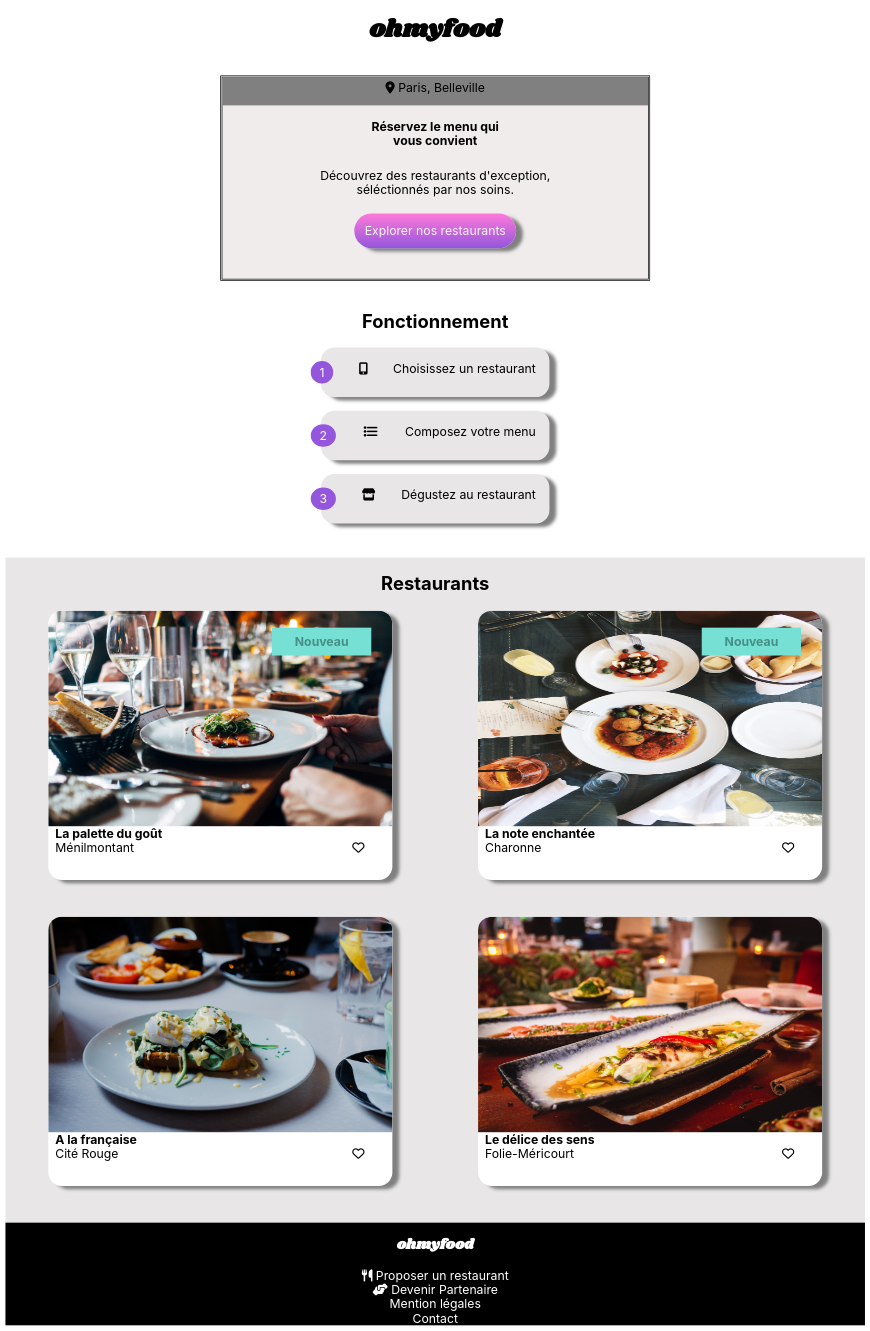
Repository: yacinebouk/ohmyfood
Page: index.html
The author's editor kept a copy of each file at every save. The page is drawn from the files as they stood at one save, then again after the next save.
The browser window is 1280 px wide. The pictures show the whole page, at 68% of full size.
Some web libraries are served in a nearby version. The style sheet was rebuilt from its Sass, Less or Tailwind sources for each picture, by a compiler version that may differ from the author's.

Above is the page before, as saved 2022-07-07 16:53:06.

### index.html
<!DOCTYPE html>
<html lang="fr">

<head>
    <script src="https://kit.fontawesome.com/225bbe1e2d.js" crossorigin="anonymous"></script>
    <meta charset="utf-8" />
    <title>ohmyfood</title>
    <link rel="stylesheet" href="css/styles.css" />
    <meta name="viewport" content="width=device-width, initial-scale=1">

</head>

<body>
    <div class="hide">
        <div class="loader"></div>
    </div>
    <main>
        <header>
            <h1 class="Tittle">ohmyfood</h1>
            <div class="search">
                <div class="town"> <span><i class="fa-solid fa-location-dot"></i></span> Paris, Belleville</div>
                <div class="reservation"> <b> Réservez le menu qui <br> vous convient</b> </div>
                <div class="discover">Découvrez des restaurants d'exception, <br> séléctionnés par nos soins.</div>
                <div class="explore">
                    <span class="explore-text">Explorer nos restaurants</span>
                </div>
            </div>
        </header>
        <section class="section-working">
            <div class="working">
                <h2>Fonctionnement</h2>
                <div class="choose">
                    <div class="number">1</div>
                    <div class="logo-work"> <i class="fa-solid fa-mobile-screen-button"></i></div>
                    <div class="text-work"> Choisissez un restaurant</div>
                </div>
                <div class="compose">
                    <div class="number">2</div>
                    <div class="logo-work"><i class="fa-solid fa-ellipsis-vertical"><i class="fa-solid fa-bars"></i></i>
                    </div>
                    <div class="text-work"> Composez votre menu</div>
                </div>
                <div class="taste">
                    <div class="number">3</div>
                    <div class="logo-work"><i class="fa-solid fa-store"></i>
                    </div>
                    <div class="text-work"> Dégustez au restaurant</div>
                </div>
            </div>
        </section>
        <section class="section-restaurant">
            <div class="restaurant">
                <h2>Restaurants</h2>
                <div class="block-restaurant">
                    <div class="border-restaurant">
                        <div class="block-picture">
                            <div class="new"><b>Nouveau</b></div>
                            <div class="picture-restaurant"> <img src="./images/restaurants/jay-wennington-N_Y88TWmGwA-unsplash.jpg" style="height:100%;width: 100%" alt="Ohmyfood"></div>
                        </div>
                        <div class="block-text">
                            <div class="text">
                                <a href="./palette.html">
                                    <div class="title-restaurant"><b> La palette du goût</b>
                                    </div>
                                    <div class="place-restaurant"> Ménilmontant</div>
                                </a>
                            </div>
                            <div class="heart">
                                <span class="heart-regular"><i class="fa-regular fa-heart"></i></span>
                                <span class="heart-solid"><i class="fa-solid fa-heart"></i></span>
                            </div>
                        </div>
                    </div>
                    <div class="border-restaurant">
                        <div class="block-picture">
                            <div class="new"><b>Nouveau</b></div>
                            <div class="picture-restaurant"> <img src="./images/restaurants/stil-u2Lp8tXIcjw-unsplash.jpg" style="height:100%;width: 100%" alt="Ohmyfood"></div>
                        </div>
                        <div class="block-text">
                            <div class="text">
                                <a href="./noteenchanté.html">
                                    <div class="title-restaurant"><b> La note enchantée</b>
                                    </div>
                                    <div class="place-restaurant"> Charonne</div>
                                </a>
                            </div>
                            <div class="heart">
                                <span class="heart-regular"><i class="fa-regular fa-heart"></i></span>
                                <span class="heart-solid"><i class="fa-solid fa-heart"></i></span>
                            </div>
                        </div>
                    </div>
                    <div class="border-restaurant">
                        <div class="block-picture">
                            <div class="picture-restaurant"> <img src="./images/restaurants/toa-heftiba-DQKerTsQwi0-unsplash.jpg" style="height:100%;width: 100%" alt="Ohmyfood"></div>
                        </div>
                        <div class="block-text">
                            <div class="text">
                                <a href="./francaise.html">
                                    <div class="title-restaurant"><b>A la française</b>
                                    </div>
                                    <div class="place-restaurant"> Cité Rouge</div>
                                </a>
                            </div>
                            <div class="heart">
                                <span class="heart-regular"><i class="fa-regular fa-heart"></i></span>
                                <span class="heart-solid"><i class="fa-solid fa-heart"></i></span>
                            </div>
                        </div>
                    </div>
                    <div class="border-restaurant">
                        <div class="block-picture">
                            <div class="picture-restaurant"> <img src="./images/restaurants/louis-hansel-shotsoflouis-qNBGVyOCY8Q-unsplash.jpg" style="height:100%;width: 100%" alt="Ohmyfood"></div>
                        </div>
                        <div class="block-text">
                            <div class="text">
                                <a href="./ledélice.html">
                                    <div class="title-restaurant"><b>Le délice des sens</b></div>
                                    <div class="place-restaurant">Folie-Méricourt</div>
                                </a>
                            </div>
                            <div class="heart">
                                <span class="heart-regular"><i class="fa-regular fa-heart"></i></span>
                                <span class="heart-solid"><i class="fa-solid fa-heart"></i></span>
                            </div>
                        </div>
                    </div>
                </div>
            </div>
        </section>
        <footer>
            <div class="frame-end">
                <h3 class="little-tittle">ohmyfood </h3>
                <div class="end">
                    <div class="propose"> <i class="fa-solid fa-utensils"></i> Proposer un restaurant</div>
                    <div class="partner"> <i class="fa-solid fa-handshake-angle"></i> Devenir Partenaire</div>
                    <div class="mention">Mention légales</div>
                    <div class="contact">
                        <a href="mailto:yacineboukhari@hotmail.com">Contact</a></div>
                </div>
            </div>
        </footer>
    </main>
</body>

### style/styles.scss
main {
    font-size: 18px;
    font-family: -apple-system, BlinkMacSystemFont, 'Segoe UI', Roboto, Oxygen, Ubuntu, Cantarell, 'Open Sans', 'Helvetica Neue', sans-serif;
}

@font-face {
    font-family: 'Shrikhand';
    src: url('../language/Shrikhand-Regular.otf');
}

h1 {
    font-family: 'Shrikhand';
}

h3 {
    font-family: 'Shrikhand';
}

h2 {
    text-align: center;
}

header {
    text-align: center;
}

@mixin shadow {
    box-shadow: grey 10px 5px 5px;
}

@mixin block {
    display: flex;
    flex-direction: row;
    justify-content: space-between;
    padding-bottom: 40px;
    @include shadow;
    background-color: rgb(232, 230, 230);
    border-radius: 20px 20px;
    padding: 20px 20px 20px 0px;
    width: 25%;
    margin: auto;
}

.logo-img {
    padding-bottom: 20px;
}

.search {
    border: double;
    margin-left: 25%;
    margin-right: 25%;
    background-color: rgb(240, 236, 236);
    padding-bottom: 20px;
}

.town {
    padding-bottom: 15px;
    border-bottom: lightgray 2px;
    padding-top: 5px;
    background-color: grey;
}

.reservation {
    padding-top: 20px;
    padding-bottom: 30px
}

.discover {
    padding-bottom: 40px;
}

.explore {
    padding-bottom: 40px;
}

.explore span {
    @include shadow;
    background: linear-gradient(#FF79DA, #9356DC);
    border-radius: 50px 50px;
    padding: 15px;
    color: #f6f6f6;
}

.working {
    padding-top: 20px;
    display: flex;
    justify-content: center;
    flex-direction: column;
}

.number {
    border: #9356DC solid;
    border-radius: 50%;
    background-color: #9356DC;
    padding: 3px 10px 3px 10px;
    color: white;
    margin-left: -15px;
}

.choose {
    @include block;
    margin-bottom: 20px;
    &:hover {
        .logo-work {
            color: #9356DC;
        }
        background-color: #d8cee4;
    }
}

.compose {
    @include block;
    margin-bottom: 20px;
    &:hover {
        .logo-work {
            color: #9356DC;
        }
        background-color: #d8cee4;
    }
}

.taste {
    @include block;
    margin-bottom: 50px;
    &:hover {
        .logo-work {
            color: #9356DC;
        }
        background-color: #d8cee4;
    }
}

.section-restaurant {
    display: flex;
    flex-direction: column;
    background-color: rgb(232, 230, 230);
}

h1 {
    text-align: center;
    padding-bottom: 20px;
}

.block-restaurant {
    display: flex;
    flex-wrap: wrap;
    height: 900px;
    width: 100%;
    justify-content: space-around;
}

.border-restaurant {
    width: 40%;
    height: 44%;
    overflow: hidden;
    @include shadow;
    background-color: white;
    border-radius: 20px 20px;
}

.picture-restaurant {
    height: 80%;
}

.text {
    padding-left: 10px;
    display: flex;
    flex-direction: column;
    width: 100%;
}

.text a {
    text-decoration: none black;
    color: black;
}

.block-text {
    display: flex;
    place-items: flex-end;
    justify-content: space-between;
}

//
.heart {
    width: 100px;
    display: flex;
    justify-content: center;
    align-items: center;
    cursor: pointer;
    &:active {
        .heart-solid {
            animation: 3s colorin;
            display: flex;
        }
        .heart-regular {
            display: none;
        }
    }
}

.heart-solid {
    visibility: hidden;
    font-weight: 900;
    background-clip: text;
    -webkit-background-clip: text;
    -moz-background-clip: text;
    background-image: linear-gradient(#9356DC, #FF79DA);
    -webkit-text-fill-color: transparent;
}

@keyframes colorin {
    0% {
        visibility: hidden;
        opacity: 0;
    }
    100% {
        visibility: visible;
        opacity: 1;
    }
}

//
@keyframes fadeIn {
    0% {
        visibility: visible;
        opacity: 1;
    }
    100% {
        visibility: hidden;
        opacity: 0;
    }
}

.loader {
    border: 10px solid #f3f3f3;
    border-top: 10px solid red;
    border-bottom: 10px solid blue;
    border-radius: 50%;
    width: 100px;
    height: 100px;
    margin: auto;
    position: absolute;
    top: 0;
    left: 0;
    right: 0;
    bottom: 0;
    -webkit-animation: spin 1.5s linear infinite;
    -o-animation: spin 1.5s linear infinite;
    animation: spin 1.5s linear infinite;
}

.hide {
    animation: 2s fadeIn;
    animation-fill-mode: forwards;
}

main {
    animation: 2s fadeOut;
}

@keyframes fadeOut {
    0% {
        visibility: hidden;
        opacity: 0;
    }
    100% {
        visibility: visible;
        opacity: 1;
    }
}

@keyframes fadeIn {
    0% {
        visibility: visible;
        opacity: 1;
    }
    100% {
        visibility: hidden;
        opacity: 0;
    }
}

@keyframes spin {
    0% {
        transform: rotate(0deg);
    }
    100% {
        transform: rotate(360deg);
    }
}

.frame-end {
    text-align: center;
    background-color: black;
    color: white;
    display: flex;
    flex-direction: column;
}

.little-picture {
    height: 20px;
}

.contact a {
    text-decoration: none white;
    color: white;
}

.block-picture {
    position: relative;
    height: 80%;
}

.picture-restaurant {
    height: 100%;
}

.new {
    color: rgb(69, 143, 134);
    background-color: rgb(119, 224, 212);
    width: 25%;
    position: absolute;
    text-align: center;
    margin-left: 65%;
    margin-top: 5%;
    padding: 10px;
}

@media screen and (min-width: 320px) and (max-width: 768px) {
    main {
        font-size: 20px;
    }
    body {
        margin: 0;
        width: 100%;
    }
    header {
        width: 100%;
    }
    .logo-img {
        padding-bottom: 10px;
    }
    .search {
        border: none;
        margin: 0;
        width: 100%;
    }
    .town {
        padding-top: 5px;
        background-color: rgb(216, 214, 214);
        border-bottom: none;
        border-top: solid 2px grey;
    }
    .reservation {
        font-size: 24px;
        padding-bottom: 20px;
    }
    h1 {
        text-align: center;
    }
    h2 {
        text-align: initial;
    }
    h3 {
        margin-left: 20px;
    }
    .working {
        margin-left: 20px;
    }
    .choose {
        margin-left: 0;
        width: 90%;
    }
    .compose {
        margin-left: 0;
        width: 90%;
    }
    .taste {
        margin-left: 0;
        width: 90%;
    }
    .restaurant {
        margin-left: 20px;
    }
    .block-restaurant {
        height: auto;
        justify-content: unset;
    }
    .border-restaurant {
        width: 95%;
        height: 40%;
        margin-bottom: 20px;
    }
    .picture-restaurant {
        height: 200px;
        width: 100%;
    }
    .block-text {
        padding: 10px;
    }
    .frame-end {
        text-align: initial;
    }
    .end {
        display: flex;
        justify-content: space-around;
        flex-direction: column;
        margin-left: 20px;
    }
    .contact {
        padding-bottom: 20px;
    }
}

@media screen and (min-width: 769px) and (max-width: 991px) {
    .choose {
        width: 32%;
        margin-left: 34%;
    }
    .compose {
        width: 32%;
        margin-left: 34%;
    }
    .taste {
        width: 32%;
        margin-left: 34%;
    }
}

After the next save:
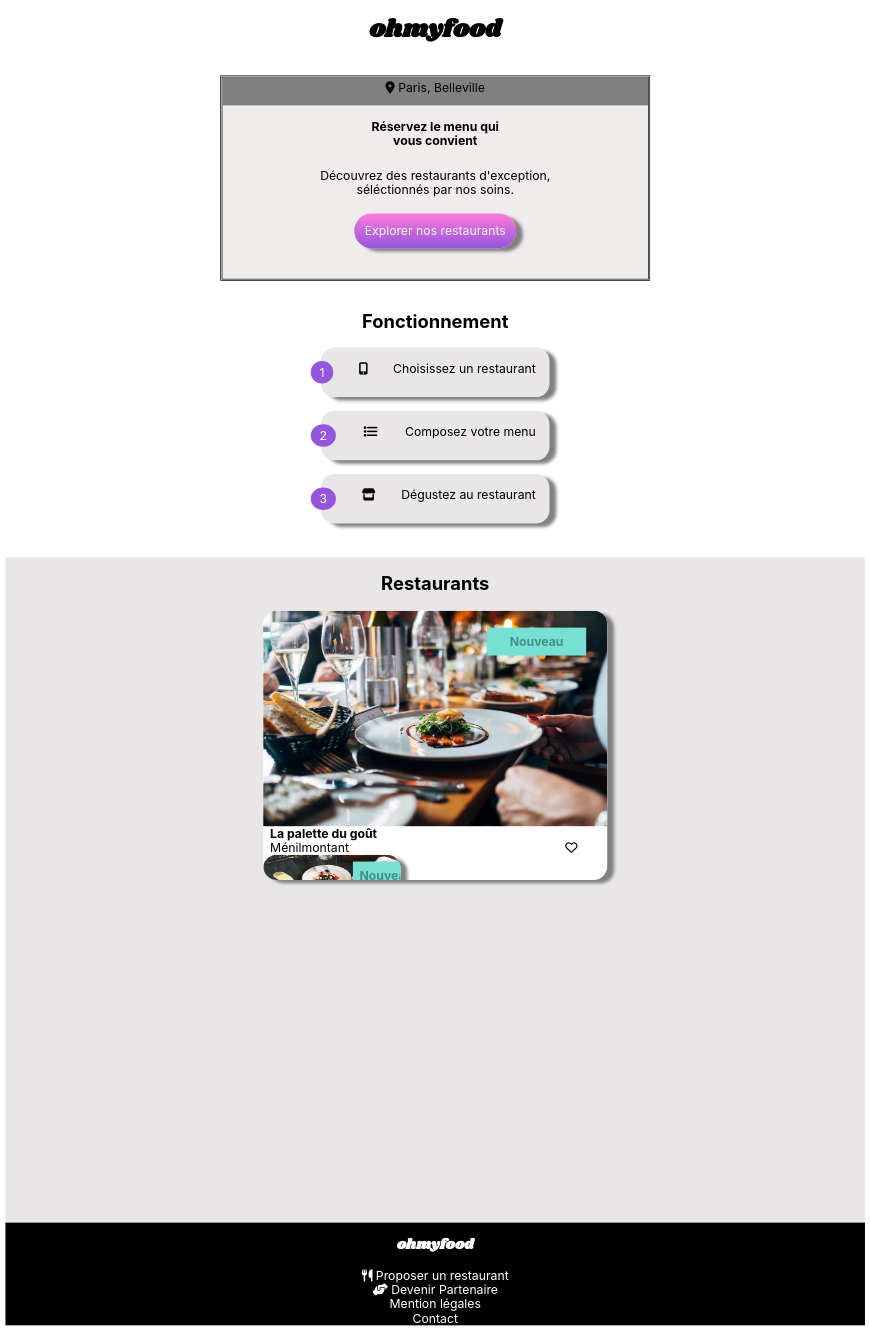
Saved 64 s later.
--- a/index.html
+++ b/index.html
@@ -66,67 +66,68 @@
                                 </a>
                             </div>
                             <div class="heart">
-                                <span class="heart-regular"><i class="fa-regular fa-heart"></i></span>
-                                <span class="heart-solid"><i class="fa-solid fa-heart"></i></span>
+                                <a>
+                                    <span class="heart-regular"><i class="fa-regular fa-heart"></i></span>
+                                    <span class="heart-solid"><i class="fa-solid fa-heart"></i></span>
+                                </a>
                             </div>
                         </div>
-                    </div>
-                    <div class="border-restaurant">
-                        <div class="block-picture">
-                            <div class="new"><b>Nouveau</b></div>
-                            <div class="picture-restaurant"> <img src="./images/restaurants/stil-u2Lp8tXIcjw-unsplash.jpg" style="height:100%;width: 100%" alt="Ohmyfood"></div>
-                        </div>
-                        <div class="block-text">
-                            <div class="text">
-                                <a href="./noteenchanté.html">
-                                    <div class="title-restaurant"><b> La note enchantée</b>
-                                    </div>
-                                    <div class="place-restaurant"> Charonne</div>
-                                </a>
+                        <div class="border-restaurant">
+                            <div class="block-picture">
+                                <div class="new"><b>Nouveau</b></div>
+                                <div class="picture-restaurant"> <img src="./images/restaurants/stil-u2Lp8tXIcjw-unsplash.jpg" style="height:100%;width: 100%" alt="Ohmyfood"></div>
                             </div>
-                            <div class="heart">
-                                <span class="heart-regular"><i class="fa-regular fa-heart"></i></span>
-                                <span class="heart-solid"><i class="fa-solid fa-heart"></i></span>
+                            <div class="block-text">
+                                <div class="text">
+                                    <a href="./noteenchanté.html">
+                                        <div class="title-restaurant"><b> La note enchantée</b>
+                                        </div>
+                                        <div class="place-restaurant"> Charonne</div>
+                                    </a>
+                                </div>
+                                <div class="heart">
+                                    <span class="heart-regular"><i class="fa-regular fa-heart"></i></span>
+                                    <span class="heart-solid"><i class="fa-solid fa-heart"></i></span>
+                                </div>
                             </div>
                         </div>
-                    </div>
-                    <div class="border-restaurant">
-                        <div class="block-picture">
-                            <div class="picture-restaurant"> <img src="./images/restaurants/toa-heftiba-DQKerTsQwi0-unsplash.jpg" style="height:100%;width: 100%" alt="Ohmyfood"></div>
-                        </div>
-                        <div class="block-text">
-                            <div class="text">
-                                <a href="./francaise.html">
-                                    <div class="title-restaurant"><b>A la française</b>
-                                    </div>
-                                    <div class="place-restaurant"> Cité Rouge</div>
-                                </a>
+                        <div class="border-restaurant">
+                            <div class="block-picture">
+                                <div class="picture-restaurant"> <img src="./images/restaurants/toa-heftiba-DQKerTsQwi0-unsplash.jpg" style="height:100%;width: 100%" alt="Ohmyfood"></div>
                             </div>
-                            <div class="heart">
-                                <span class="heart-regular"><i class="fa-regular fa-heart"></i></span>
-                                <span class="heart-solid"><i class="fa-solid fa-heart"></i></span>
+                            <div class="block-text">
+                                <div class="text">
+                                    <a href="./francaise.html">
+                                        <div class="title-restaurant"><b>A la française</b>
+                                        </div>
+                                        <div class="place-restaurant"> Cité Rouge</div>
+                                    </a>
+                                </div>
+                                <div class="heart">
+                                    <span class="heart-regular"><i class="fa-regular fa-heart"></i></span>
+                                    <span class="heart-solid"><i class="fa-solid fa-heart"></i></span>
+                                </div>
                             </div>
                         </div>
-                    </div>
-                    <div class="border-restaurant">
-                        <div class="block-picture">
-                            <div class="picture-restaurant"> <img src="./images/restaurants/louis-hansel-shotsoflouis-qNBGVyOCY8Q-unsplash.jpg" style="height:100%;width: 100%" alt="Ohmyfood"></div>
-                        </div>
-                        <div class="block-text">
-                            <div class="text">
-                                <a href="./ledélice.html">
-                                    <div class="title-restaurant"><b>Le délice des sens</b></div>
-                                    <div class="place-restaurant">Folie-Méricourt</div>
-                                </a>
+                        <div class="border-restaurant">
+                            <div class="block-picture">
+                                <div class="picture-restaurant"> <img src="./images/restaurants/louis-hansel-shotsoflouis-qNBGVyOCY8Q-unsplash.jpg" style="height:100%;width: 100%" alt="Ohmyfood"></div>
                             </div>
-                            <div class="heart">
-                                <span class="heart-regular"><i class="fa-regular fa-heart"></i></span>
-                                <span class="heart-solid"><i class="fa-solid fa-heart"></i></span>
+                            <div class="block-text">
+                                <div class="text">
+                                    <a href="./ledélice.html">
+                                        <div class="title-restaurant"><b>Le délice des sens</b></div>
+                                        <div class="place-restaurant">Folie-Méricourt</div>
+                                    </a>
+                                </div>
+                                <div class="heart">
+                                    <span class="heart-regular"><i class="fa-regular fa-heart"></i></span>
+                                    <span class="heart-solid"><i class="fa-solid fa-heart"></i></span>
+                                </div>
                             </div>
                         </div>
                     </div>
                 </div>
-            </div>
         </section>
         <footer>
             <div class="frame-end">
